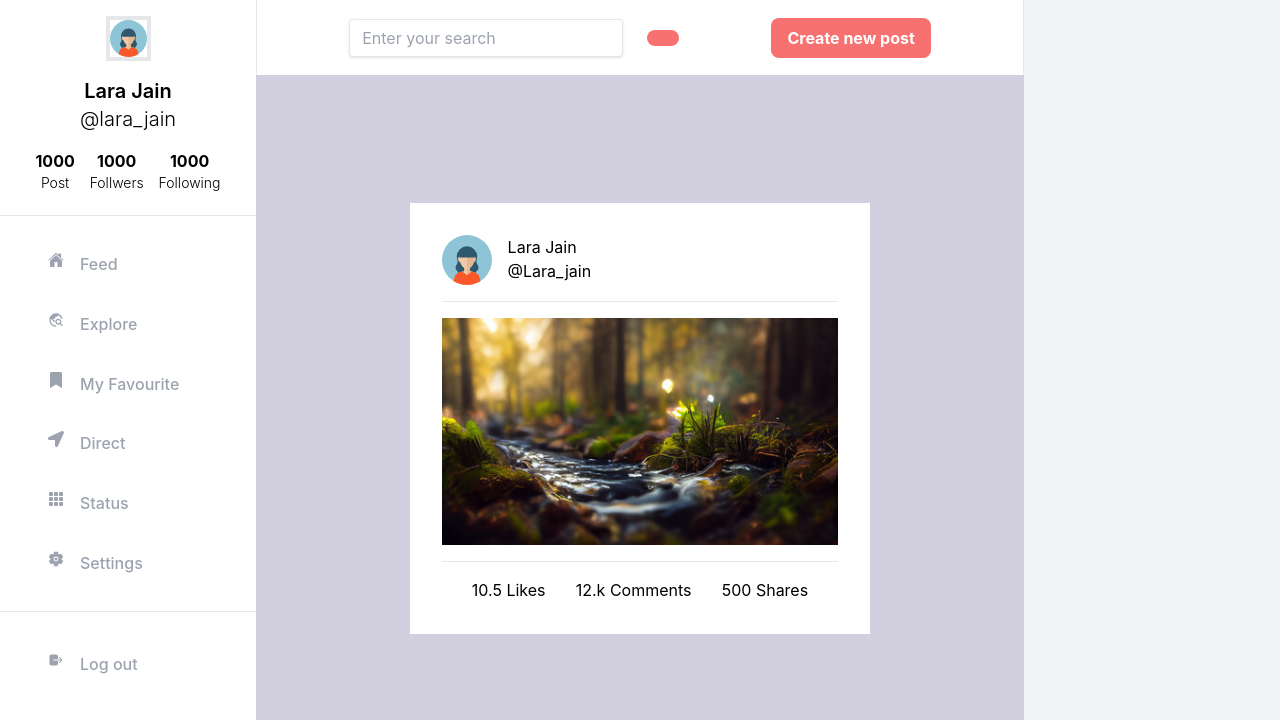
Repository: cosmicswati/upgrad-captions-project
Page: /
These files come from the project's save history. The page is drawn as it stood at one moment and after the next save; the edit follows.
The browser window is 1280 px wide. The pictures show the whole page.
An inner scrolling area shows only its first screen. The project was rebuilt for these pictures with package versions that can differ from the ones it lists, and the page was loaded fresh each time. Also part of the build but not shown: src/modules/Home/data.js, src/modules/Authorization/Form.jsx, src/modules/Authorization/index.js.

Above is the page before, as saved 2024-04-12 11:03:42.

### src/index.css
@tailwind base;
@tailwind components;
@tailwind utilities;

body {
  margin: 0;
  font-family: -apple-system, BlinkMacSystemFont, 'Segoe UI', 'Roboto', 'Oxygen',
    'Ubuntu', 'Cantarell', 'Fira Sans', 'Droid Sans', 'Helvetica Neue',
    sans-serif;
  -webkit-font-smoothing: antialiased;
  -moz-osx-font-smoothing: grayscale;
}

code {
  font-family: source-code-pro, Menlo, Monaco, Consolas, 'Courier New',
    monospace;
}

.scrollbar-hide::-webkit-scrollbar{
  display: none;
}

### src/App.js
import React from 'react';
import Routes from './routes'
function App() {
  return (
    <div>
      {/* <Auth />  */}
      <Routes/>
    </div>
  );
}

export default App;

### src/routes/index.js
import React from 'react';
import Home from '../modules/Home';
import Form from '../modules/Authorization'
import { Navigate, Route, Routes as Router } from 'react-router-dom';


const PrivateRoute =({children}) => {
    const isUserLoggedIn = window.localStorage.getItem('user:token') || true
    const isFormPages = window.location.pathname.includes('account')

    if(isUserLoggedIn && !isFormPages){
        return children
    }else if (!isUserLoggedIn && isFormPages){
        return children
    }else{
        const redirectUrl = isUserLoggedIn ? '/' : '/account/signin'
       return <Navigate to={redirectUrl} replace/>
    }

}

const Routes = () => {
    const routes = [
         {
            id : 1,
           name : 'home',
           path : '/',
           Components : <Home/>
         },
         {
            id : 2,
           name : 'sign in',
           path : '/account/signin',
           Components : <Form/>
         },
         {
            id : 3,
           name : 'sign up',
           path : '/account/signup',
           Components : <Form/>
         },
    ]
  return (
    <Router>
        {
            routes.map(({id, name, path, Components}) => {
                return <Route key={id} path={path} element={<PrivateRoute>{Components}</PrivateRoute>} />
            })
        }
    </Router>
  );
};

export default Routes;

### src/modules/Home/index.js
import React from 'react'
import { ReactComponent as Avatar} from '../../assets/Avatar.svg'
import Input from '../../components/Input'
import Button from '../../components/Button'
import postImg from '../../assets/postImg.jpg'
import { IoHome } from "react-icons/io5";
import { MdOutlineTravelExplore } from "react-icons/md";
import { FaBookmark } from "react-icons/fa";
import { FaLocationArrow, FaSearch  } from "react-icons/fa";
import { BsFillGrid3X3GapFill } from "react-icons/bs";
import { IoSettings , IoLogOut} from "react-icons/io5";
import { stats, navigations } from './data'

const Home = () => {
  return (
    <div className='h-screen bg-[#d2cfdf]  flex overflow-hidden'>
        <div className='w-[20%] bg-white flex flex-col'>
            <div className='h-[30%] flex justify-center items-center border-b'>
                <div className='flex flex-col justify-center items-center'>
                    <Avatar width={'45px'} height={'45px'} className='border-4 rounded-fullp-2'/>
                    <div className='my-4 text-center'>
                         <h3 className='text-xl font-semibold'>Lara Jain</h3>
                         <p className='text-xl font-light'>@lara_jain</p>
                    </div>
                    <div className='h-[50px] flex justify-around w-[200px] text-center'>
                        {
                            stats.map(({id, name, stats}) => {
                                return(
                                <div key={id}>
                                  <h4 className='font-bold'>{stats}</h4>
                                 <p className='font-light text-sm'>{name}</p>
                            </div>
                             )
                          })
                        }
                    </div>
                </div>
            </div>
            <div className='h-[55%] flex flex-col justify-evenly pl-12 border-b text-gray-400 text-md font-medium'>
                <div className='flex cursor-pointer hover:text-[#F00F51]'><span className='mr-4'><IoHome /></span>Feed</div>
                <div className='flex cursor-pointer hover:text-[#F00F51]'><span className='mr-4'><MdOutlineTravelExplore /></span>Explore</div>
                <div className='flex cursor-pointer hover:text-[#F00F51]'><span className='mr-4'><FaBookmark /></span>My Favourite</div>
                <div className='flex cursor-pointer hover:text-[#F00F51]'><span className='mr-4'><FaLocationArrow /></span>Direct</div>
                <div className='flex cursor-pointer hover:text-[#F00F51]'><span className='mr-4'><BsFillGrid3X3GapFill /></span>Status</div>
                <div className='flex cursor-pointer hover:text-[#F00F51]'><span className='mr-4'><IoSettings /></span>Settings</div>
            </div>
            <div className='h-[15%] pt-10 text-gray-400 text-md font-medium'>
                <div className='ml-12 cursor-pointer flex hover:text-[#F00F51]'> <span className='mr-4'><IoLogOut /></span>Log out</div>
            </div>
        </div>
        <div className='w-[60%] overflow-scroll h-full scrollbar-hide'>
            <div className='bg-white h-[75px] border-l border-r flex justify-evenly items-center pt-4'>
                 <div className='flex justify-center items-center'>
                    <Input placeholder='Enter your search' className='w-[400px] rounded-full'/>
                    <Button icon={<FaSearch />}  className='mb-4 ml-6 rounded-lg bg-red-400 hover:bg-red-500 '/>
                 </div>
                 <Button icon={<IoHome />} label='Create new post'  className='rounded-lg bg-red-400 hover:bg-red-500 mb-4'/>
            </div>
            <div className='bg-white w-[60%]  mx-auto mt-32 p-8'>
                <div className='border-b flex item-center pb-4 mb-4'>
                    <Avatar width={'50px'} height={'50px'} />
                   <div className='ml-4'>
                   <h3>Lara Jain</h3>
                    <p>@Lara_jain</p>
                   </div>
                </div>
                <div className='border-b pb-4 mb-4'>
                    <img src={postImg} width={'500px'}/>
                </div>
                <div className='flex justify-evenly mt-4'>
                    <div>10.5 Likes</div>
                    <div>12.k Comments</div>
                    <div>500 Shares</div>
                </div>
            </div>
            <div className='bg-white w-[60%]  mx-auto mt-32 p-8'>
                <div className='border-b flex item-center pb-4 mb-4'>
                    <Avatar width={'50px'} height={'50px'} />
                   <div className='ml-4'>
                   <h3>Lara Jain</h3>
                    <p>@Lara_jain</p>
                   </div>
                </div>
                <div className='border-b pb-4 mb-4'>
                    <img src={postImg} width={'500px'}/>
                </div>
                <div className='flex justify-evenly mt-4'>
                    <div>10.5 Likes</div>
                    <div>12.k Comments</div>
                    <div>500 Shares</div>
                </div>
            </div>
        </div>

        <div className='w-[20%] bg-[#F2F5F8]'>

            </div>
    </div>
  )
}

export default Home

### src/components/Input/index.js
import React from 'react'

const Input = ({
    name = '',
    label ='',
    type ='',
    placeholder =''
}) => {
  return (
    <div class="mb-4">
        {
          label &&
          <label class="block text-gray-700 text-sm font-bold mb-2" for={name}>
             {label}
          </label>
        }

        <input class="shadow apperance-none border rounded w-full py-2 px-3
         text-gray-700 leading-tight focus:outline-none focus:shadow-outline"
         id={name} type={type} placeholder={placeholder} />

    </div>
  )

}

export default Input

### src/components/Button/index.js
import React from 'react'

const Button = ({
    label ='',
    className =''
}) => {
  return (
    <button className={`bg-blue-500 hover:bg-blue-700 text-white font-bold py-2 px-4 rounded ${className}`}>
      {label}
  </button>
  )
}

export default Button

### tailwind.config.js
/** @type {import('tailwindcss').Config} */
module.exports = {
 mode:'jit',
 purge: [
  './public/**/*.html',
  './src/**/*.{js,jsx,ts,tsx,vue}',
 ],
  content: [
    "./src/**/*.{js,jsx,ts,tsx}",
  ],
  theme: {
    extend: {},
  },
  plugins: [],
}

Loaded but not shown: public/index.html (common file); src/index.js (common file); src/reportWebVitals.js (common file)

After the next save:
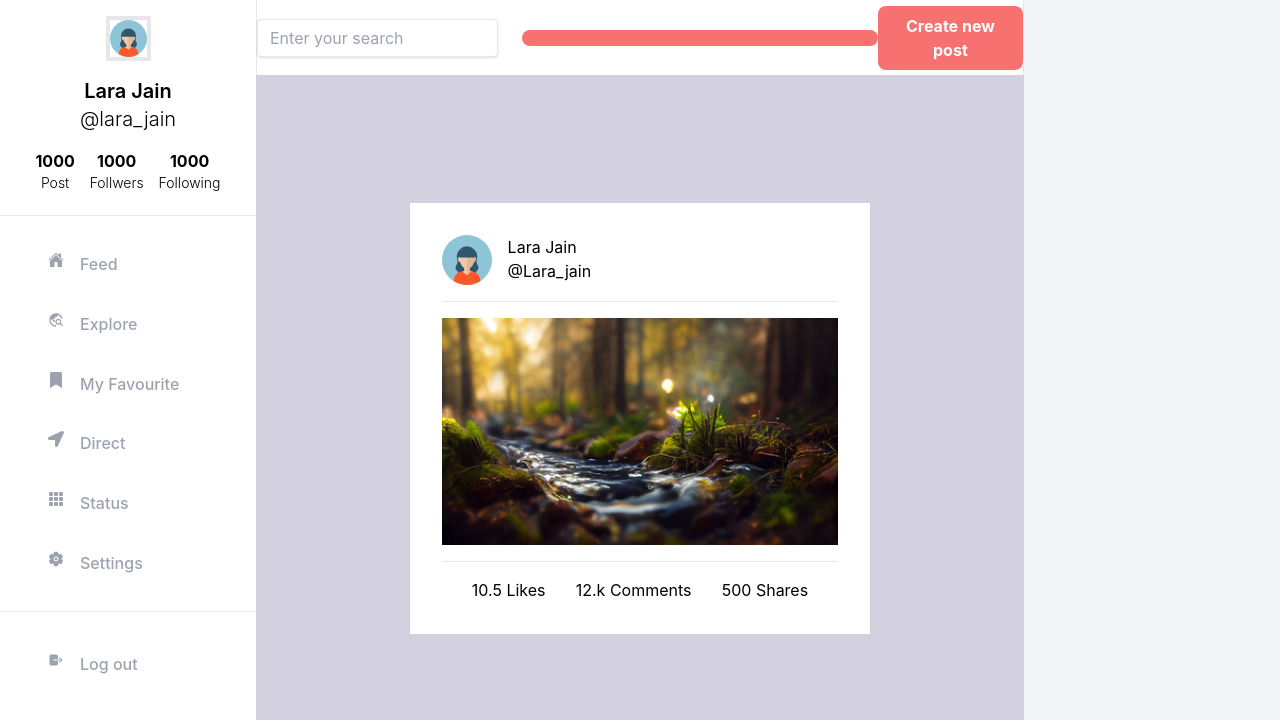
Saved 30 s later.
--- a/src/modules/Home/index.js
+++ b/src/modules/Home/index.js
@@ -52,7 +52,7 @@ const Home = () => {
             <div className='bg-white h-[75px] border-l border-r flex justify-evenly items-center pt-4'>
                  <div className='flex justify-center items-center'>
                     <Input placeholder='Enter your search' className='w-[400px] rounded-full'/>
-                    <Button icon={<FaSearch />}  className='mb-4 ml-6 rounded-lg bg-red-400 hover:bg-red-500 '/>
+                    <Button icon={<FaSearch />}  className='mb-4 ml-6  w-[400px] rounded-lg bg-red-400 hover:bg-red-500 '/>
                  </div>
                  <Button icon={<IoHome />} label='Create new post'  className='rounded-lg bg-red-400 hover:bg-red-500 mb-4'/>
             </div>
